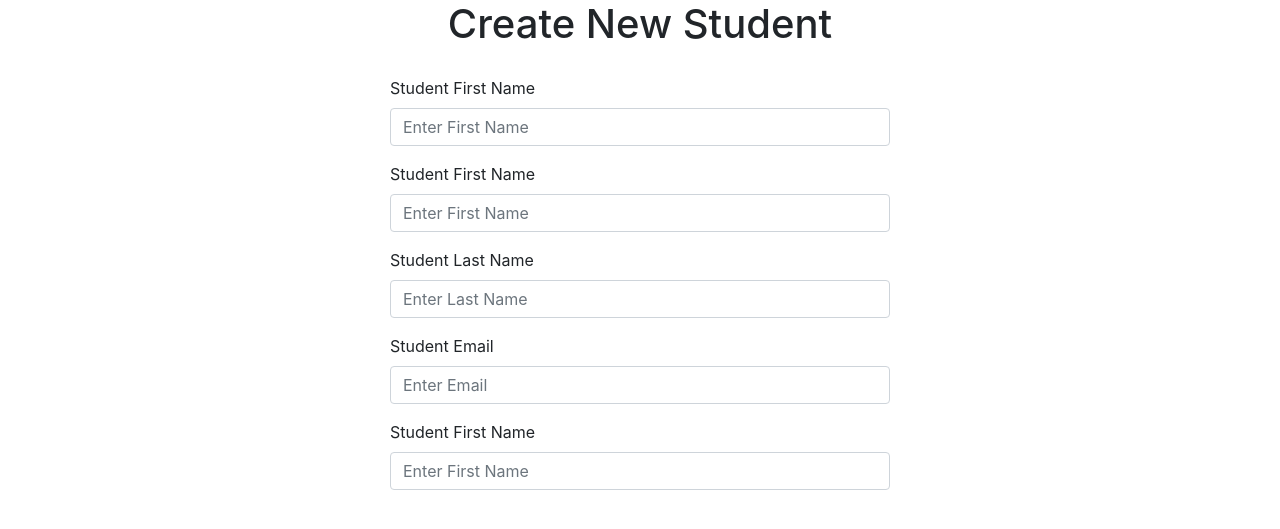
Repository: Frawatson/sms
Page: http://localhost/create_students
The author's editor kept a copy of each file at every save. The page is drawn from the files as they stood at one save, then again after the next save.
The browser window is 1280 px wide. The pictures show the whole page.
The page is this project's Thymeleaf template; nobody is signed in. The template is opened directly, without the code that normally fills it, so the values that code supplies are empty.

Above is the page before, as saved 2023-06-29 19:50:37.

After the next save:
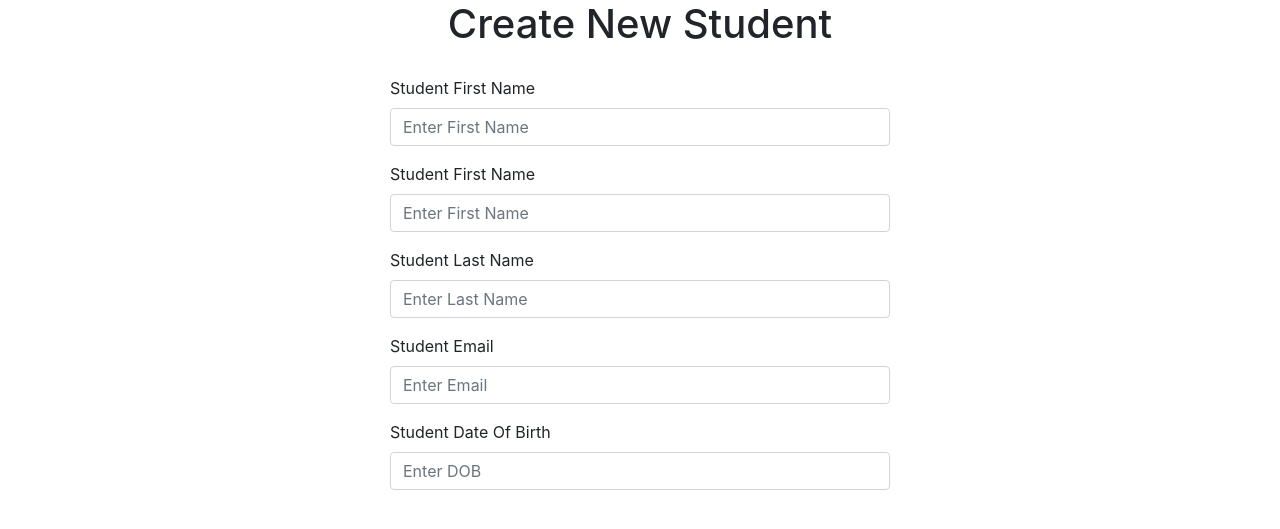
Saved 30 s later.
--- a/corp/src/main/resources/templates/create_students.html
+++ b/corp/src/main/resources/templates/create_students.html
@@ -60,13 +60,13 @@
 						</div>
 
 						<div class="form-group">
-							<label>Student First Name</label>
+							<label>Student Date Of Birth</label>
 							<input
 							type="text"
-							name="firstname"
-							th:field = "firstname"
+							name="DOB"
+							th:field = "DOB"
 							class="form-control"
-							placeholder="Enter First Name"
+							placeholder="Enter DOB"
 							/>
 						</div>
 					</form>
